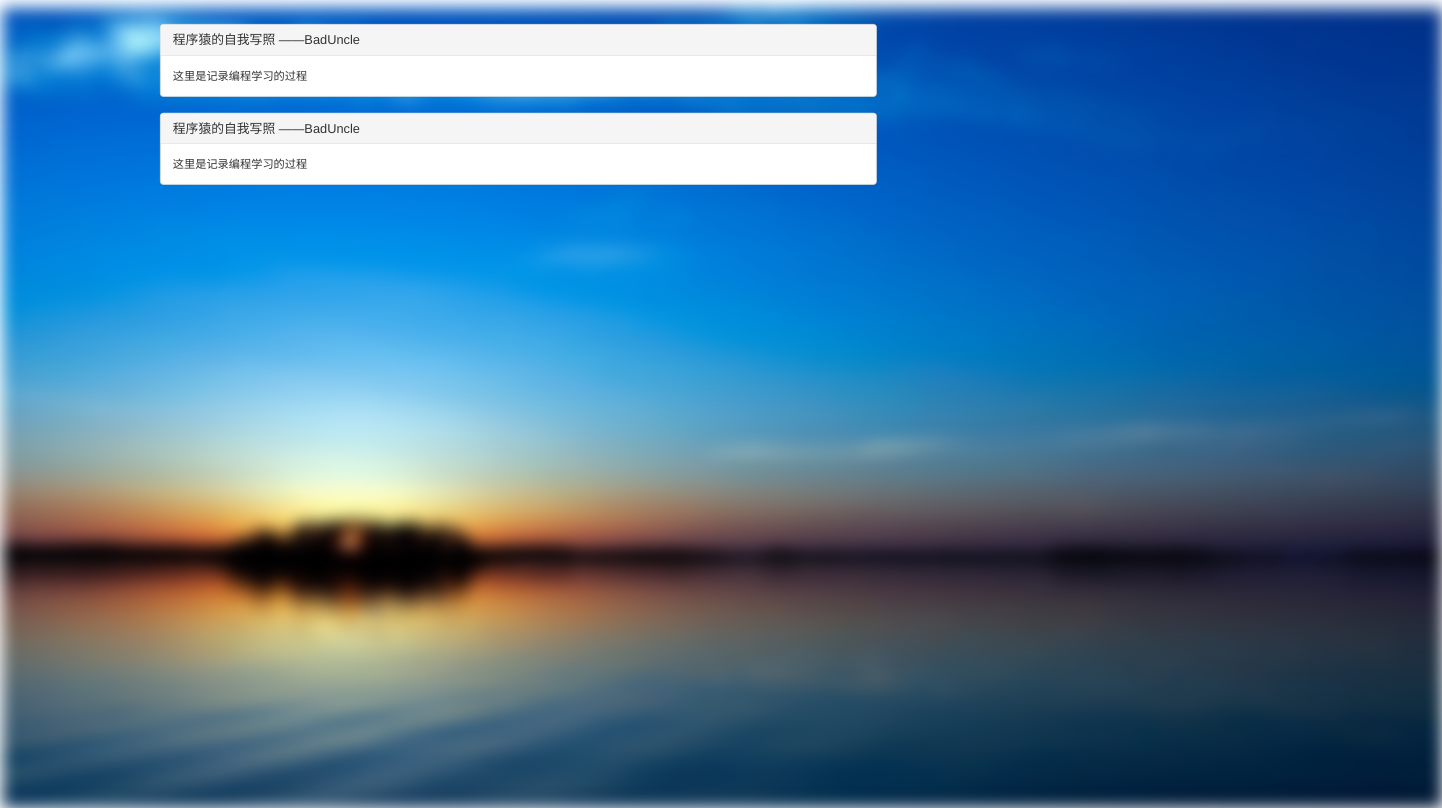
Repository: lidasi/monkeyLife
Page: http://localhost/monkeyLife/jsp/english.jsp
An editor plug-in stored every save of this project. The page is shown before and after the next save, followed by the edit.
The browser window is 1280 px wide. The page is 1803 px wide, so the pictures cover 1803 px, including what lies to the right of the window. The pictures show the whole page, at 80% of full size.
The page is served by Tomcat 9.

Above is the page before, as saved 2017-07-14 03:02:23.

### workSpeaces/monkeyLife/WebContent/jsp/english.jsp
<%@ page language="java" contentType="text/html; charset=UTF-8"
    pageEncoding="UTF-8"%>
<!DOCTYPE html PUBLIC "-//W3C//DTD HTML 4.01 Transitional//EN" "http://www.w3.org/TR/html4/loose.dtd">
<html>
<head>
<meta http-equiv="Content-Type" content="text/html; charset=UTF-8">
<link rel="stylesheet" type="text/css" media="screen" href="../ui/bootstrap/css/bootstrap.min.css">
<link rel="stylesheet" type="text/css" media="screen" href="../css/info.css">
<script type="text/javascript" src="../js/jquery-1.10.2.min.js"></script>
<script type="text/javascript">
        $(function(){
        	 var height = 1000;
             var width = 1800;
             $("#infoImage").height(height).width(width);

        });
        var monkeyLife_001 = function() {
        	alert("跳至详情")
        }
    </script>
<title>infoPage</title>
</head>
<body>
	<div id="infoRelative">
		<div id="infoImage"></div>
	</div>
	<div id="content">
		<div class="panel panel-default">
		    <div class="panel-heading">
		        <h3 class="panel-title">
		           <a id="title_01" href="#"> 程序猿的自我写照  ——BadUncle</a>
		        </h3>
		    </div>
		    <div id="content_01" class="panel-body">
		      	  这里是记录编程学习的过程
		    </div>
		</div>
		<div class="panel panel-default">
		    <div class="panel-heading">
		        <h3 class="panel-title">
		           <a id="title_02" href="#"> 程序猿的自我写照  ——BadUncle</a>
		        </h3>
		    </div>
		    <div id="content_02" class="panel-body">
		      	  这里是记录编程学习的过程
		    </div>
		</div>
	</div>

</body>
</html>

### workSpeaces/monkeyLife/WebContent/css/info.css
@CHARSET "UTF-8";
#infoRelative{position:relative;
	width:100%;
	height:100%}
#infoImage{
	position:absolute;
	left:3px;
	top:10px;
/*    border: 1px solid #CCCCCC;
    padding:90px 5px 10px;*/
    background: url("../image/dock/infoImage_001.jpg") no-repeat;
    background-size: cover;
    -webkit-filter: blur(10px);
    -ms-filter: blur(10px);
    filter: progid:DXImageTransform.Microsoft.Blur(PixelRadius=10, MakeShadow=false);
    animation:mymove 5s infinite;
    -webkit-animation:mymove 5s infinite;
}
 @keyframes mymove
{
    0%   {top:10px; background:url("../image/dock/infoImage_001.jpg"); position:absolute;}
    50% {top:10px; background:url("../image/dock/infoImage_002.jpg"); position:absolute;}
    100% {top:10px; background:url("../image/dock/infoImage_001.jpg"); position:absolute;}
}

@-webkit-keyframes mymove
{
    0%   {top:0px; background:url("../image/dock/infoImage_001.jpg" position:absolute;);
    }
    50%   {top:0px; background:url("../image/dock/infoImage_002.jpg" position:absolute;);
    }
    100% {top:0px; background:url("../image/dock/infoImage_001.jpg" position:absolute;);
    }
}

#content {position:absolute;
	left:200px;
	top:30px;
	width: 70%;
	height: 100%;
	}

Loaded but not shown: workSpeaces/monkeyLife/WebContent/ui/bootstrap/css/bootstrap.min.css (library); workSpeaces/monkeyLife/WebContent/js/jquery-1.10.2.min.js (library)

After the next save:
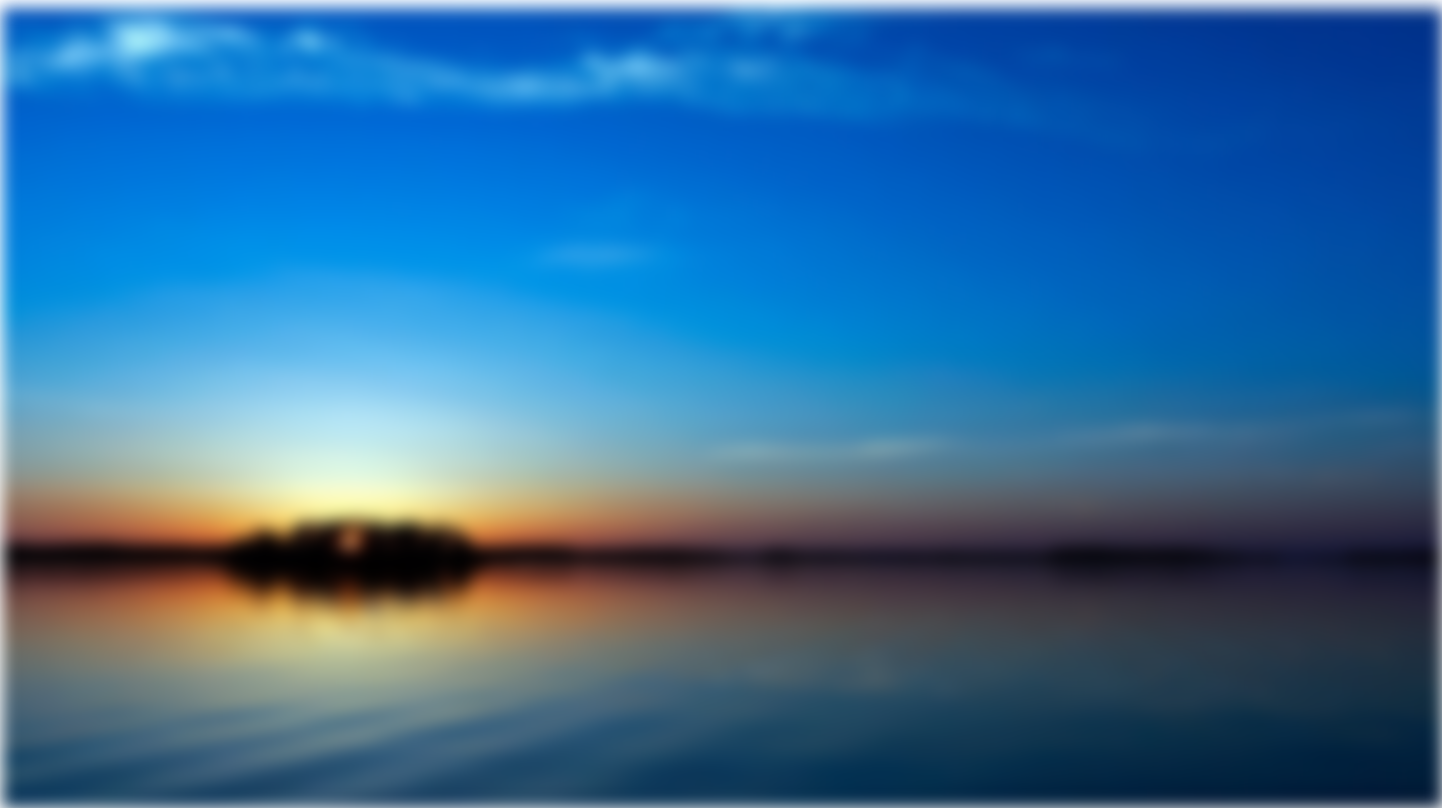
Saved 34 s later.
--- a/workSpeaces/monkeyLife/WebContent/jsp/english.jsp
+++ b/workSpeaces/monkeyLife/WebContent/jsp/english.jsp
@@ -25,7 +25,7 @@
 		<div id="infoImage"></div>
 	</div>
 	<div id="content">
-		<div class="panel panel-default">
+		<!-- <div class="panel panel-default">
 		    <div class="panel-heading">
 		        <h3 class="panel-title">
 		           <a id="title_01" href="#"> 程序猿的自我写照  ——BadUncle</a>
@@ -44,7 +44,7 @@
 		    <div id="content_02" class="panel-body">
 		      	  这里是记录编程学习的过程
 		    </div>
-		</div>
+		</div> -->
 	</div>
 
 </body>
